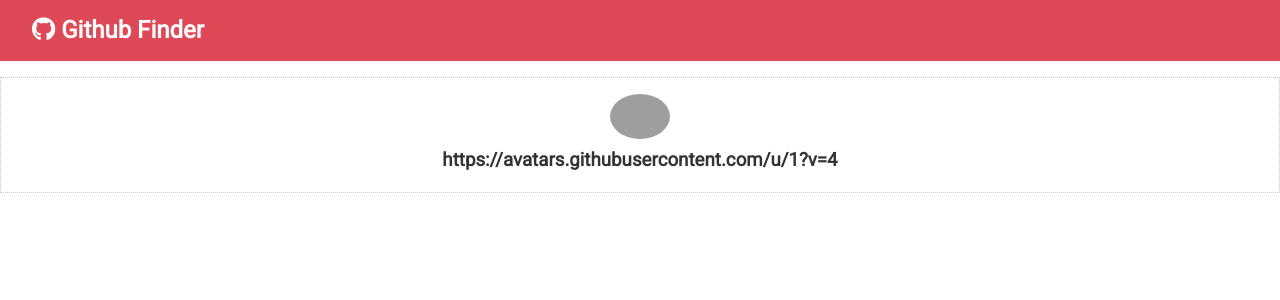
Repository: bafode/github-finder
Page: /
The author's editor kept a copy of each file at every save. The page is drawn from the files as they stood at one save, then again after the next save.
The browser window is 1280 px wide. The pictures show the whole page.
Pictures or frames that could not be fetched are drawn as grey boxes. Some web libraries are served in a nearby version. The project was rebuilt for these pictures with package versions that can differ from the ones it lists, and the page was loaded fresh each time.

Above is the page before, as saved 2023-06-16 16:52:48.

After the next save:
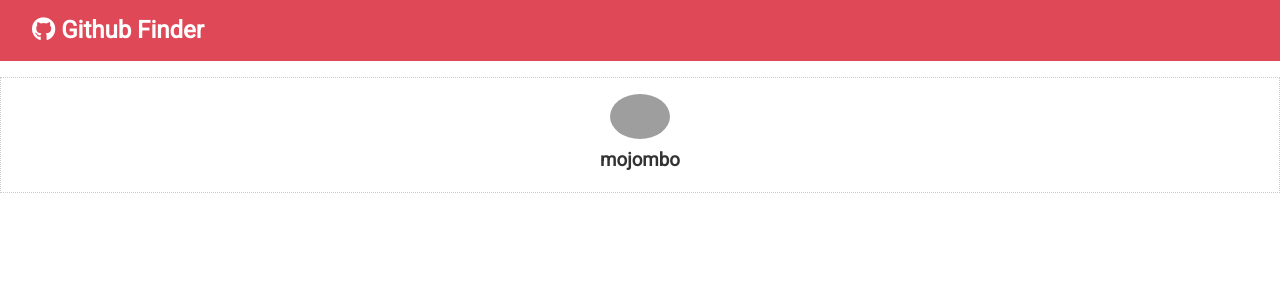
Saved 15 s later.
--- a/src/components/users/UserItem.js
+++ b/src/components/users/UserItem.js
@@ -15,7 +15,7 @@ class UserItem extends Component {
     return (
         <div className='card text-center'>
             <img src={avatar_url} alt="" className="round-img" style={{width:'60px'}} />
-            <h3>{avatar_url}</h3>
+            <h3>{login}</h3>
       </div>
     )
   }
